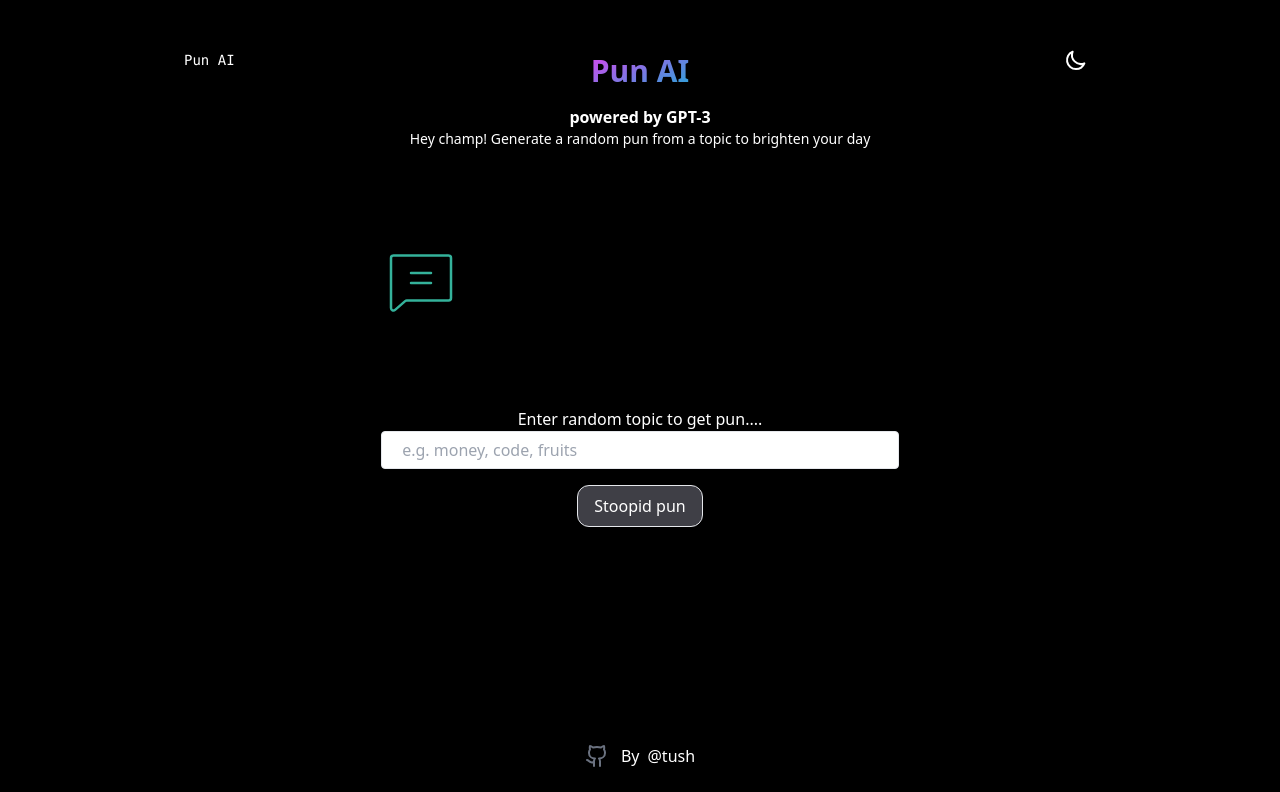
Repository: tushcmd/next-puns-ai
Page: /
The author's editor kept a copy of each file at every save. The page is drawn from the files as they stood at one save, then again after the next save.
The browser window is 1280 px wide. The pictures show the whole page.
The project was rebuilt for these pictures with package versions that can differ from the ones it lists, and the page was loaded fresh each time. The framework's server and built-in components were replaced by stand-ins that run in the browser. Also part of the build but not shown: next.config.mjs, app/components/Spinner.tsx.

Above is the page before, as saved 2024-03-08 07:20:24.

### app/layout.tsx
import type { Metadata } from "next";
import { Inter } from "next/font/google";
import "./globals.css";
import { Providers } from './components/providers'

const inter = Inter({ subsets: ["latin"] });

export const metadata: Metadata = {
  title: "Create Next App",
  description: "Generated by create next app",
};

export default function RootLayout({
  children,
}: Readonly<{
  children: React.ReactNode;
}>) {
  return (
    <html lang="en">
      <body className={`bg-background text-color {inter.className} w-full overflow-y-visible overflow-x-hidden`}>
        <Providers>
          {children}
        </Providers>

      </body>
    </html>
  );
}

### app/page.tsx
import Footer from "./components/footer";
import Header from "./components/header";
import Hero from "./components/hero";



export default function Home() {

  return (
    <main className="flex min-h-screen flex-col items-center">
      <Header />
      <Hero />
      <Footer />
    </main>
  );
}



 {/* async function handleSubmit(e: FormEvent:<HTMLFormElement>) {
    return ;
  }    */}

{/*Nav*/}
{/*
      <div className="z-10 max-w-5xl w-full items-center justify-between font-mono text-sm lg:flex">
        <p className="fixed left-0 top-0 flex w-full justify-center border-b border-gray-300 bg-gradient-to-b from-zinc-200 py-2 backdrop-blur-2xl dark:border-neutral-800 dark:bg-zinc-800/30 dark:from-inherit lg:static lg:w-auto  lg:rounded-xl lg:border lg:bg-gray-200 lg:p-0 lg:dark:bg-zinc-800/30">
          Pun AI
        </p>

        <div className="fixed bottom-0 left-0 flex h-48 w-full items-end justify-center bg-gradient-to-t from-white via-white dark:from-black dark:via-black lg:static lg:h-auto lg:w-auto lg:bg-none">
          {/*<div>
            Dak
       </div>
          <a
            className="pointer-events-none flex place-items-center gap-2 p-8 lg:pointer-events-auto lg:p-0"
            href="https://tushdev.co/"
            target="_blank"
            rel="noopener noreferrer"
          >
            By{" "}
            <p>@tush</p>
          </a>
        </div>
      </div>

      <div className="relative flex flex-col place-items-center before:absolute before:h-[300px] before:w-full sm:before:w-[480px] before:-translate-x-1/2 before:rounded-full before:bg-gradient-radial before:from-white before:to-transparent before:blur-2xl before:content-[''] after:absolute after:-z-20 after:h-[180px] after:w-full sm:after:w-[240px] after:translate-x-1/3 after:bg-gradient-conic after:from-sky-200 after:via-blue-200 after:blur-2xl after:content-[''] before:dark:bg-gradient-to-br before:dark:from-transparent before:dark:to-blue-700 before:dark:opacity-10 after:dark:from-sky-900 after:dark:via-[#0141ff] after:dark:opacity-40 before:lg:h-[360px] z-[-1]">
        <p className="p-4 lg:pb-8 text-xl">
          Generate a random pun from a topic to brighten your day <br /> with Pun AI
        </p>
        <svg
          xmlns="http://www.w3.org/2000/svg"
          width="156"
          height="156"
          viewBox="0 0 24 24"
          fill="none"
          stroke="#FFFFFF"
          stroke-width="2"
          stroke-linecap="round"
          stroke-linejoin="round"
          className="lucide lucide-smile"><circle cx="12" cy="12" r="10" /><path d="M8 14s1.5 2 4 2 4-2 4-2" /><line x1="9" x2="9.01" y1="9" y2="9" /><line x1="15" x2="15.01" y1="9" y2="9"
          />
        </svg>
      </div>

      <form className="flex flex-col justify-between mb-32 text-center lg:max-w-3xl lg:w-full lg:mb-0 lg:grid-cols-4">
        <div className='w-full mb-4'>
          <label className="block items-center justify-center mb-4" htmlFor="prompt-input">
            Enter random topic to get pun...
          </label>
          <input
            className="shadow appearance-none border rounded w-full py-2 px-3 text-gray-700 leading-tight focus:outline-none focus:shadow-outline"
            id="prompt-input"
            type="text"
            placeholder="e.g. money, code, fruits">
          </input>
        </div>
        <button
          type="submit"
          className="bg-blue-500 hover:bg-blue-700 text-white font-bold py-2 px-4 rounded focus:outline-none focus:shadow-outline"
        >
          Generate Pun
        </button>
      </form> */}

### app/globals.css
@tailwind base;
@tailwind components;
@tailwind utilities;


@layer base {
  :root {
    --foreground-rgb: 255, 255, 255;
    --background-start-rgb: 0, 0, 0;
    --background-end-rgb: 0, 0, 0;
  }

  [data-theme="dark"] {
    --foreground-rgb: 0, 0, 0;
    --background-start-rgb: 214, 219, 220;
    --background-end-rgb: 255, 255, 255;
  }


}


* {
  scroll-behavior: smooth;
}


body {
  color: rgb(var(--foreground-rgb));
  background: linear-gradient(
      to bottom,
      transparent,
      rgb(var(--background-end-rgb))
    )
    rgb(var(--background-start-rgb));
}

@layer utilities {
  .text-balance {
    text-wrap: balance;
  }
}

### app/components/providers.tsx
// app/providers.jsx

'use client'

import { ThemeProvider } from 'next-themes'
import React from 'react'

interface ProvidersProps {
  children: React.ReactNode;
}

export function Providers({ children }: ProvidersProps) {
  return <ThemeProvider>{children}</ThemeProvider>
}

### app/components/footer.tsx
import Link from "next/link";


export default function Footer() {
    return (
        <div className="inline-flex p-6 max-w-3xl gap-3 items-center text-center">
            <div>
                <Link
                    href="https://github.com/#"
                    target="_blank"
                    rel="noreferrer"
                    className="text-gray-500 hover:text-gray-900 dark:text-gray-400 dark:hover:text-gray-200"
                >
                    <svg xmlns="http://www.w3.org/2000/svg" width="24" height="24" viewBox="0 0 24 24" fill="none" stroke="currentColor" stroke-width="2" stroke-linecap="round" stroke-linejoin="round" className="lucide lucide-github"><path d="M15 22v-4a4.8 4.8 0 0 0-1-3.5c3 0 6-2 6-5.5.08-1.25-.27-2.48-1-3.5.28-1.15.28-2.35 0-3.5 0 0-1 0-3 1.5-2.64-.5-5.36-.5-8 0C6 2 5 2 5 2c-.3 1.15-.3 2.35 0 3.5A5.403 5.403 0 0 0 4 9c0 3.5 3 5.5 6 5.5-.39.49-.68 1.05-.85 1.65-.17.6-.22 1.23-.15 1.85v4" /><path d="M9 18c-4.51 2-5-2-7-2" /></svg>
                </Link>
            </div>
            <Link
                className="pointer-events-none flex place-items-center gap-2 px-8 lg:pointer-events-auto lg:p-0"
                href="https://tushdev.co/"
                target="_blank"
                rel="noopener noreferrer"
            >
                By{" "}
                <p>@tush</p>
            </Link>

        </div>
    )
}

### app/components/header.tsx
import Link from "next/link";
import ThemeSwitchButton from "./ThemeSwitchButton";

export default function Header() {
    return (
        <header className="fixed flex justify-center items-center w-full t-0 md:pb-4 md:pt-4 backdrop-blur-2xl">
            <div className="flex flex-row items-center w-full p-6 md:max-w-5xl justify-between font-mono text-sm">
                <Link
                    className="px-2 md:px-8"
                    href='/'
                >
                    Pun AI
                </Link>

                <div className="px-2 md:px-8">
                    <ThemeSwitchButton />
                </div>
            </div>
        </header>


    );
}


{/*<header className = 'fixed flex justify-center items-center w-full z-50 t-0 border-gray-300 bg-gradient-to-b from-zinc-200 pb-6 pt-8 backdrop-blur-2xl dark:border-neutral-800 dark:bg-zinc-800/30 dark:from-inherit lg:static  lg:rounded-xl lg:border lg:bg-gray-200 lg:p-4 lg:dark:bg-zinc-800/30'>
            <div className="flex items-start md:max-w-5xl py-3 w-auto md:px-5 px-5 justify-start font-mono text-sm">
                <Link href='/' className=''> Pun AI</Link>
            </div>
        </header> */}

{/*} <div className="flex flex-row z-10 max-w-5xl w-full items-center justify-between font-mono text-sm">
            <p className="fixed left-0 top-0 flex items-start border-b border-gray-300 bg-gradient-to-b from-zinc-200 pb-6 pt-8 backdrop-blur-2xl dark:border-neutral-800 dark:bg-zinc-800/30 dark:from-inherit lg:static w-auto  lg:rounded-xl lg:border lg:bg-gray-200 lg:p-4 lg:dark:bg-zinc-800/30">
                Pun AI
            </p>
            <p>h2</p>
        </div> */}

### app/components/hero.tsx
'use client'

import { useState, FormEvent } from "react";
import Spinner from "./Spinner";




export default function Hero() {

    const [pun, setPun] = useState("");
    const [punLoading, setPunLoading] = useState(false);
    const [punLoadingError, setPunLoadingError] = useState(false);

    async function handleSubmit(e: FormEvent<HTMLFormElement>) {
        e.preventDefault();
        const formData = new FormData(e.target as HTMLFormElement);
        const prompt = formData.get("prompt")?.toString().trim();

        if (prompt) {
            try {
                setPun("");
                setPunLoadingError(false);
                setPunLoading(true);

                const response = await fetch("/api/cringe?prompt=" + encodeURIComponent(prompt));
                const body = await response.json();
                setPun(body.pun);
            } catch (error) {
                console.error(error);
                setPunLoadingError(true);
            } finally {
                setPunLoading(false);
            }
        }
    }



    return (
        <div className="flex flex-col relative justify-center items-center h-screen md:py-10 py-6 overflow-wrap max-w-3xl px-5">
            <p className="text-3xl font-bold pb-4 bg-gradient-to-br from-fuchsia-500 to-cyan-500 bg-clip-text text-transparent">Pun AI</p>
            <p className="text-base font-bold">powered by GPT-3</p>
            <div className="text-sm">Hey champ! Generate a random pun from a topic to brighten your day</div>
            <div className='mx-[2rem] relative w-full flex items-center aspect-[10/5]'>
                <svg xmlns="http://www.w3.org/2000/svg" width="80" height="80" fill="#34b29b" viewBox="0 0 256 256"><path d="M216,52H40A12,12,0,0,0,28,64V224a11.89,11.89,0,0,0,6.93,10.88A12.17,12.17,0,0,0,40,236a11.89,11.89,0,0,0,7.69-2.83l.06-.06,32.14-28.17A4,4,0,0,1,82.5,204H216a12,12,0,0,0,12-12V64A12,12,0,0,0,216,52Zm4,140a4,4,0,0,1-4,4H82.5a12.1,12.1,0,0,0-7.79,2.87l-32.16,28.2A4,4,0,0,1,36,224V64a4,4,0,0,1,4-4H216a4,4,0,0,1,4,4Zm-56-80a4,4,0,0,1-4,4H96a4,4,0,0,1,0-8h64A4,4,0,0,1,164,112Zm0,32a4,4,0,0,1-4,4H96a4,4,0,0,1,0-8h64A4,4,0,0,1,164,144Z"></path></svg>
            </div>
            <form onSubmit={handleSubmit} className='flex flex-col mb-32 text-center items-center'>
                <div className='mb-4'>
                    <label
                        className="pb-8"
                    >
                        Enter random topic to get pun....
                    </label>
                    <input
                        className="shadow appearance-none border rounded w-full py-2 px-5 bg-white text-black dark:text-white leading-tight focus:outline-none focus:shadow-outline"
                        id="prompt-input"
                        type="text"
                        placeholder="e.g. money, code, fruits">
                    </input>
                </div>
                <button type='submit' className='mb-3 border static rounded-xl bg-zinc-700 py-2 px-4 hover:bg-zinc-400 dark:bg-white' disabled={punLoading}>
                    Stoopid pun
                </button>
            </form>

            {punLoading && <Spinner />}
            {punLoadingError && "Something went wrong. Please try again."}
            {pun && <h5>{pun}</h5>}
        </div>
    )
}

### app/components/ThemeSwitchButton.tsx
'use client'

import { useEffect, useState } from 'react';
import { useTheme } from 'next-themes';

export default function ThemeSwitchButton() {
    const [mounted, setMounted] = useState(false);
    const { resolvedTheme, setTheme } = useTheme();
    // After mounting, we have access to the theme
    useEffect(() => setMounted(true), []);

    return (

        <button
            aria-label="Toggle Dark Mode"
            type="button"
            className="w-10 h-10 flex items-center justify-center hover:bg-neutral-200 hover:dark:bg-neutral-600 rounded-full transition-all"
            onClick={() =>
                setTheme(resolvedTheme === "dark" ? "light" : "dark")
            }
        >
            {mounted && (
                <svg xmlns="http://www.w3.org/2000/svg"
                    fill="none"
                    viewBox="0 0 24 24"
                    strokeWidth="1.5"
                    stroke="currentColor"
                    className="w-6 h-6 switch">

                    {resolvedTheme === "dark" ? (
                        <path
                            strokeLinecap="round"
                            strokeLinejoin="round"
                            strokeWidth={2}
                            d="M12 3v1m0 16v1m9-9h-1M4 12H3m15.364 6.364l-.707-.707M6.343 6.343l-.707-.707m12.728 0l-.707.707M6.343 17.657l-.707.707M16 12a4 4 0 11-8 0 4 4 0 018 0z"
                        />

                    ) : (
                        <path
                            strokeLinecap="round"
                            strokeLinejoin="round"
                            strokeWidth={2}
                            d="M20.354 15.354A9 9 0 018.646 3.646 9.003 9.003 0 0012 21a9.003 9.003 0 008.354-5.646z"
                        />

                    )}
                </svg>
            )
            }
        </button >

    )
}

### tailwind.config.ts
import type { Config } from "tailwindcss";

const config: Config = {
  darkMode: "class",
  content: [
    "./pages/**/*.{js,ts,jsx,tsx,mdx}",
    "./components/**/*.{js,ts,jsx,tsx,mdx}",
    "./app/**/*.{js,ts,jsx,tsx,mdx}",
  ],
  theme: {
    extend: {
      backgroundImage: {
        "gradient-radial": "radial-gradient(var(--tw-gradient-stops))",
        "gradient-conic":
          "conic-gradient(from 180deg at 50% 50%, var(--tw-gradient-stops))",
      },

      screens: {
        sm: '480px',
        md: '768px',
        lg: '976px',
        xl: '1440px',
      },
    },
  },
  plugins: [],
};
export default config;

After the next save:
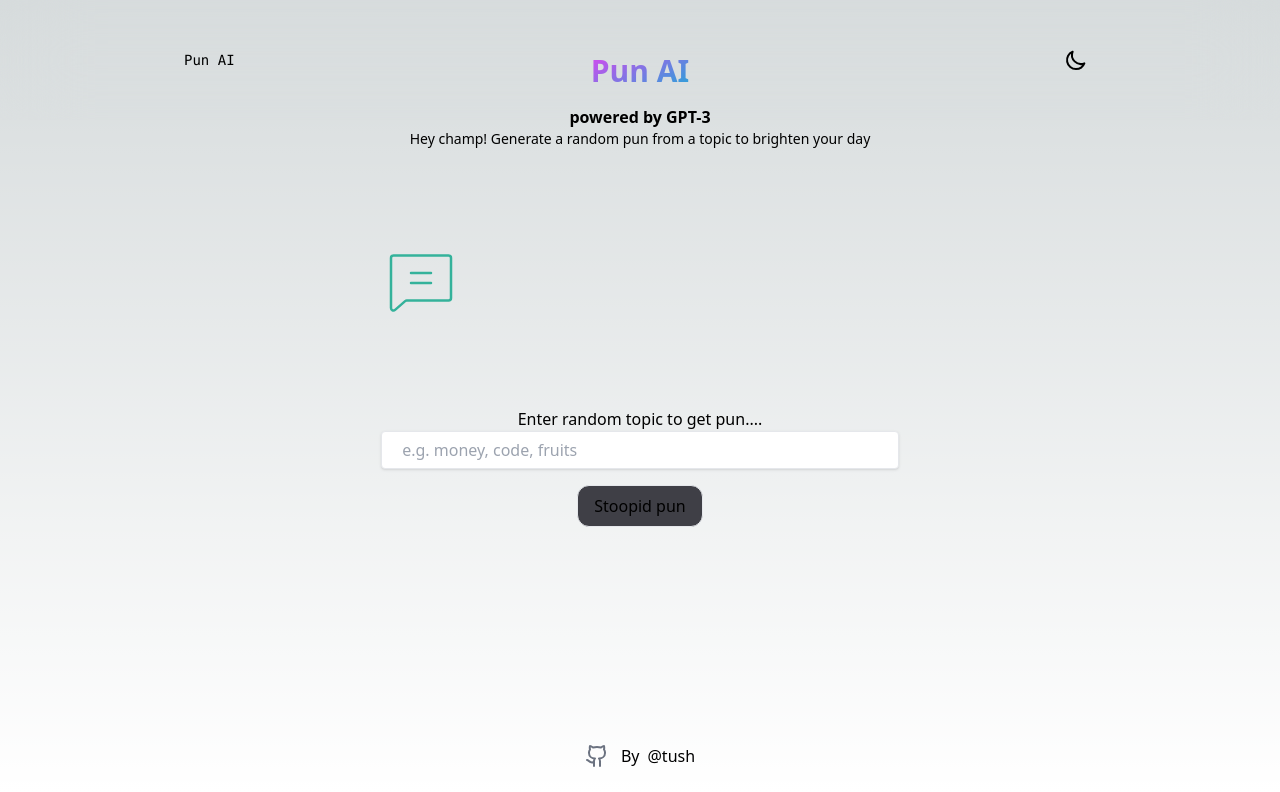
Saved 35 min 18 s later.
--- a/app/globals.css
+++ b/app/globals.css
@@ -5,15 +5,15 @@
 
 @layer base {
   :root {
+    --foreground-rgb: 0, 0, 0;
+    --background-start-rgb: 214, 219, 220;
+    --background-end-rgb: 255, 255, 255;
+  }
+
+  [data-theme="dark"] {
     --foreground-rgb: 255, 255, 255;
     --background-start-rgb: 0, 0, 0;
     --background-end-rgb: 0, 0, 0;
-  }
-
-  [data-theme="dark"] {
-    --foreground-rgb: 0, 0, 0;
-    --background-start-rgb: 214, 219, 220;
-    --background-end-rgb: 255, 255, 255;
   }
 
 
